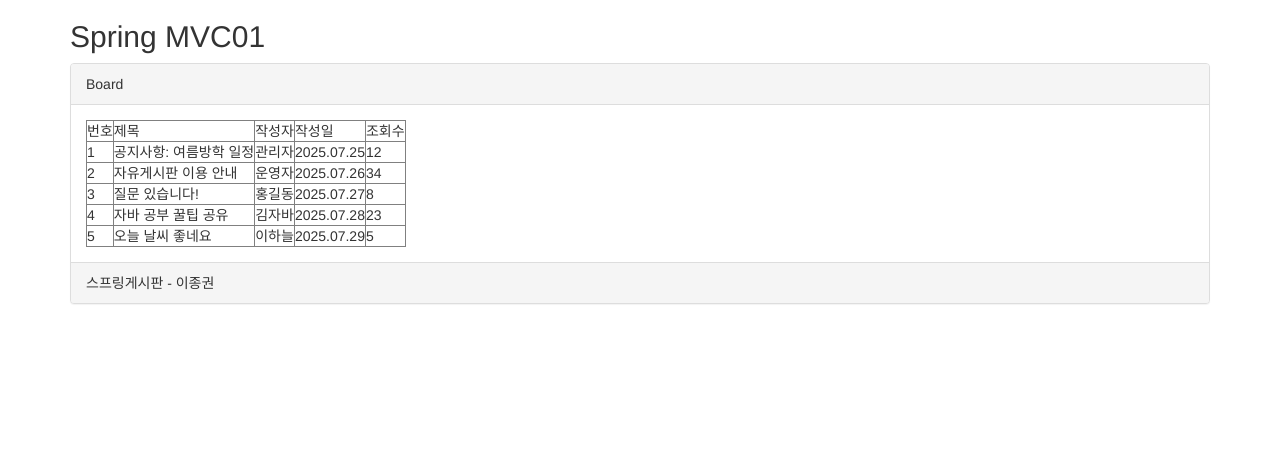
Repository: leejonggwon/PBG_SpringProject
Page: http://localhost/SpringMVC01/boardList.do
An editor plug-in stored every save of this project. The page is shown before and after the next save, followed by the edit.
The browser window is 1280 px wide. The pictures show the whole page.
The page is served by Tomcat 9. Other server files are loaded and not shown.

Above is the page before, as saved 2025-07-31 07:18:12.

### SpringMVC01/src/main/webapp/WEB-INF/views/boardList.jsp
<%@ page language="java" contentType="text/html; charset=UTF-8"
    pageEncoding="UTF-8"%>
<%@ taglib prefix="c" uri="http://java.sun.com/jsp/jstl/core"%>
<!DOCTYPE html>
<html>
<head>
<meta charset="UTF-8">
<title>Insert title here</title>
<link rel="stylesheet" href="https://maxcdn.bootstrapcdn.com/bootstrap/3.4.1/css/bootstrap.min.css">
<script src="https://ajax.googleapis.com/ajax/libs/jquery/3.7.1/jquery.min.js"></script>
<script src="https://maxcdn.bootstrapcdn.com/bootstrap/3.4.1/js/bootstrap.min.js"></script>
</head>
<body>
	<div class="container">
		<h2>Spring MVC01</h2>
		<div class="panel panel-default">
			<div class="panel-heading">Board</div>
			<div class="panel-body">
				<table border="1px">
					<tr>
						<td>번호</td>
						<td>제목</td>
						<td>작성자</td>
						<td>작성일</td>
						<td>조회수</td>
					</tr>

					<tr>
						<td>1</td>
						<td>공지사항: 여름방학 일정</td>
						<td>관리자</td>
						<td>2025.07.25</td>
						<td>12</td>
					</tr>
					<tr>
						<td>2</td>
						<td>자유게시판 이용 안내</td>
						<td>운영자</td>
						<td>2025.07.26</td>
						<td>34</td>
					</tr>
					<tr>
						<td>3</td>
						<td>질문 있습니다!</td>
						<td>홍길동</td>
						<td>2025.07.27</td>
						<td>8</td>
					</tr>
					<tr>
						<td>4</td>
						<td>자바 공부 꿀팁 공유</td>
						<td>김자바</td>
						<td>2025.07.28</td>
						<td>23</td>
					</tr>
					<tr>
						<td>5</td>
						<td>오늘 날씨 좋네요</td>
						<td>이하늘</td>
						<td>2025.07.29</td>
						<td>5</td>
					</tr>
				</table>
			</div>
			<div class="panel-footer">스프링게시판 - 이종권</div>
		</div>
	</div>
</body>
</html>

After the next save:
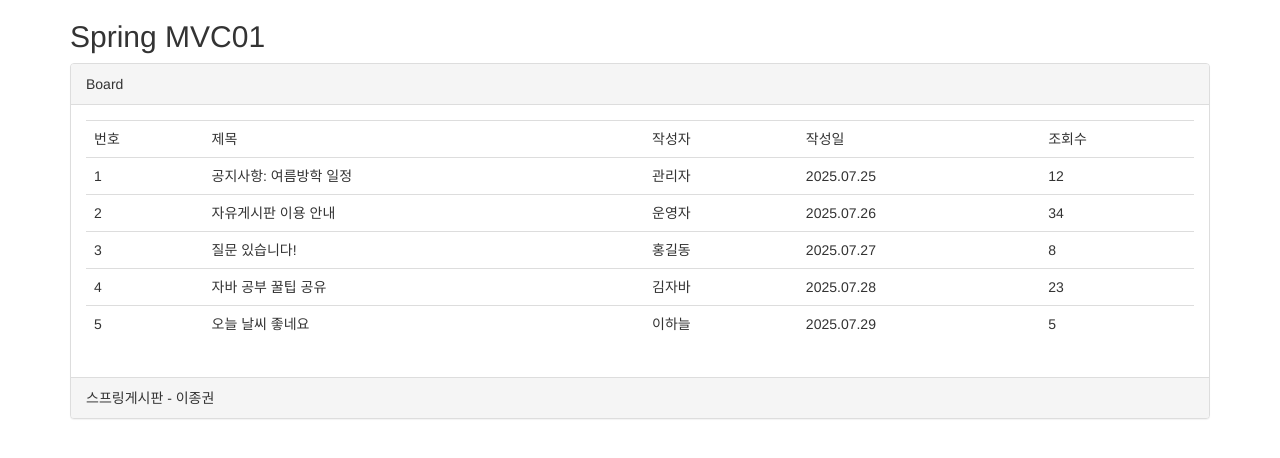
Saved 101 s later.
--- a/SpringMVC01/src/main/webapp/WEB-INF/views/boardList.jsp
+++ b/SpringMVC01/src/main/webapp/WEB-INF/views/boardList.jsp
@@ -16,7 +16,7 @@
 		<div class="panel panel-default">
 			<div class="panel-heading">Board</div>
 			<div class="panel-body">
-				<table border="1px">
+				<table class= "table">
 					<tr>
 						<td>번호</td>
 						<td>제목</td>
